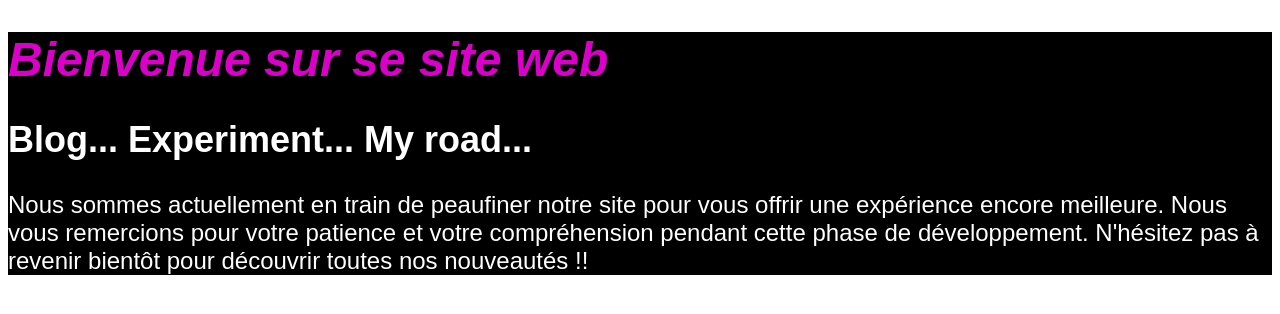
Repository: ValetteEvan/PersonalWebApp
Page: index.html
An editor plug-in stored every save of this project. The page is shown before and after the next save, followed by the edit.
The browser window is 1280 px wide. The pictures show the whole page.

Above is the page before, as saved 2025-01-07 17:51:33.

After the next save:
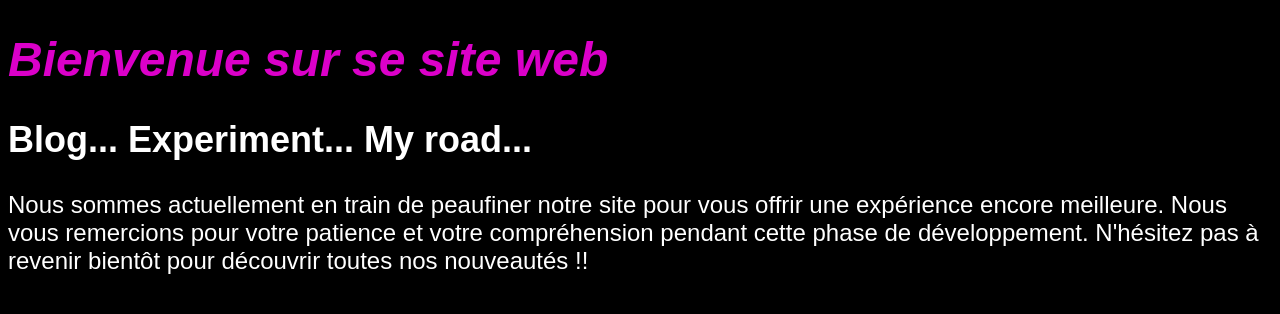
Saved 27 s later.
--- a/style.css
+++ b/style.css
@@ -1,7 +1,11 @@
+
+body{
+
+    background-color: black;
+}
 .webGlobal{
     font-family:'font_original',sans-serif;
     font-size: 1.5em;
-    background-color: black;
     color: rgb(255, 255, 255);
 }
 
